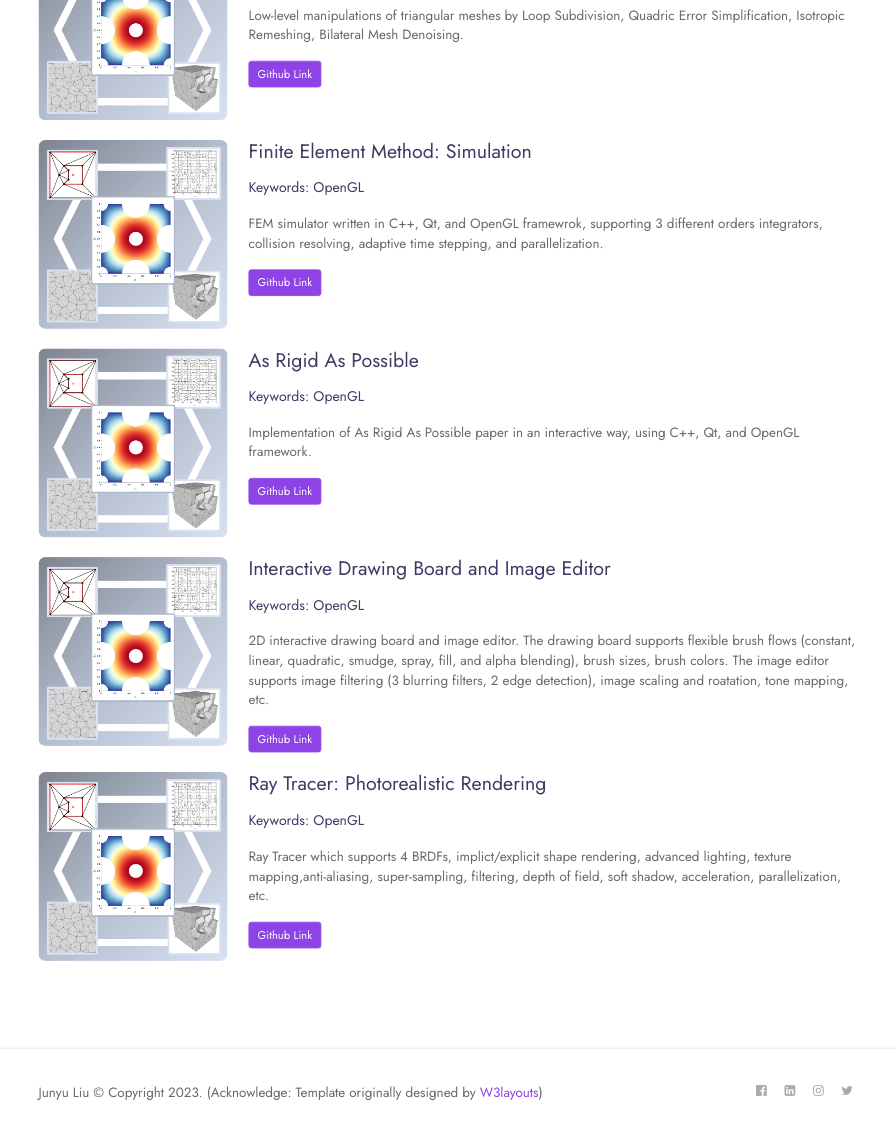
Repository: Junyu-Liu-Nate/junyu-liu-nate.github.io
Page: project.html
The author's editor kept a copy of each file at every save. The page is drawn from the files as they stood at one save, then again after the next save.
The browser window is 1280 px wide. The pictures show the part of the page from y = 1137 to 3057 px (the page is 2759 px tall before and 3057 px after), at 70% of full size.

Above is the page before, as saved 2024-04-10 19:09:54.
Console error: TypeError: Cannot read properties of null (reading 'classList')

After the next save:
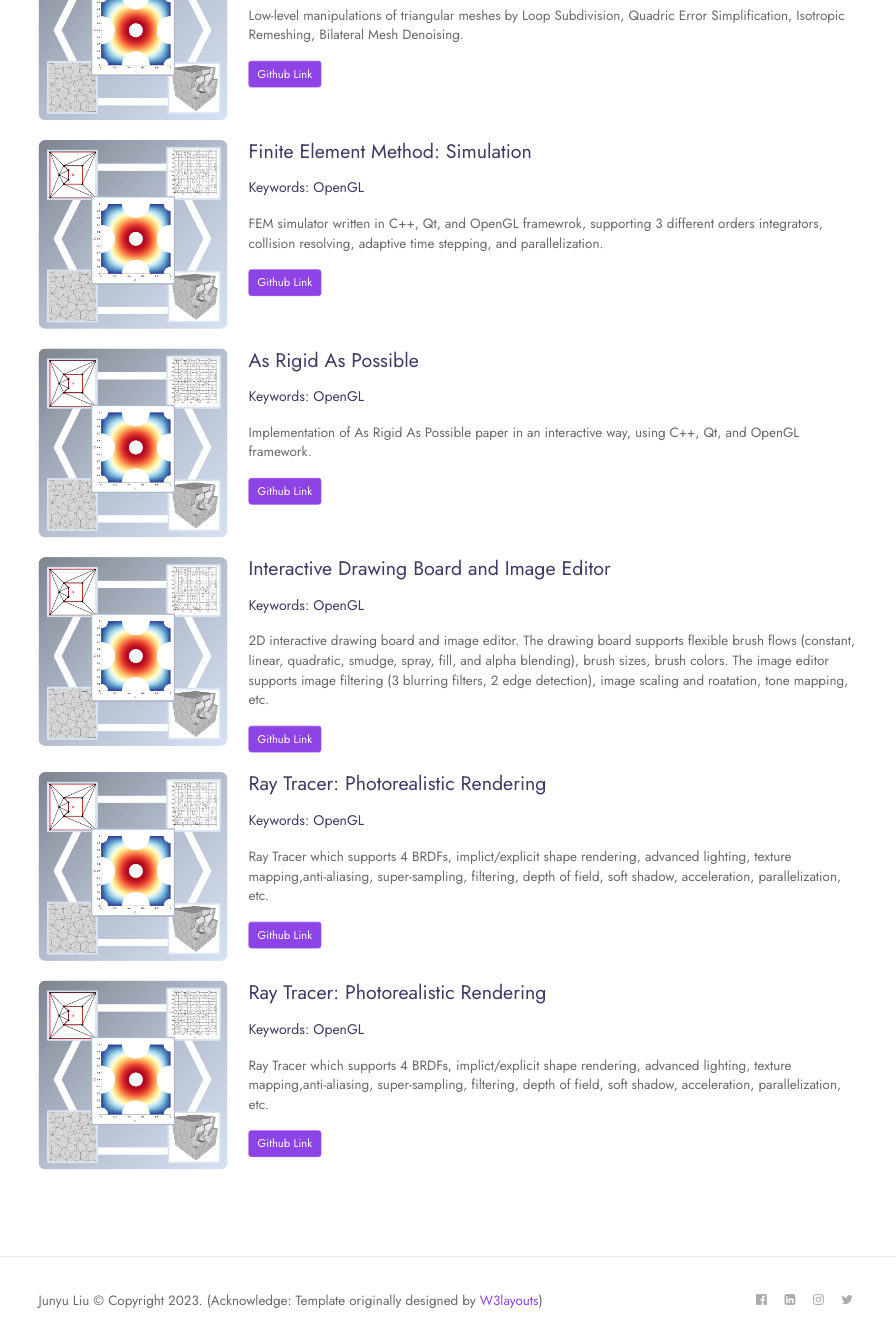
Saved 6 s later.
--- a/project.html
+++ b/project.html
@@ -237,6 +237,30 @@ Author URL: http://w3layouts.com
                   <br>
                   <div>
                     <a href="https://github.com/Junyu-Liu-Nate/Interactive-Drawing-Board-and-Image-Editor" class="btn btn-primary">Github Link</a>
+                  </div>
+              </div>
+            </div>
+
+            <p><br></p>
+
+            <div class="row">
+              <div class="col-lg-3">
+                <div class="position-relative">
+                    <img src="assets/images/project/thumnail/port-FEM-vs-VEM.png" alt="" class="radius-image img-fluid">
+                </div>
+              </div>
+              <div class="col-lg-9 mt-lg-0 mt-5">
+                  <!-- <h5 class="title-small mb-2">Hello, I am UI/UX Designer</h5> -->
+                  <h3 class="title">Ray Tracer: Photorealistic Rendering</h3>
+                  <br>
+                  <h5>Keywords: OpenGL</h5>
+                  <br>
+                  <p>
+                    Ray Tracer which supports 4 BRDFs, implict/explicit shape rendering, advanced lighting, texture mapping,anti-aliasing, super-sampling, filtering, depth of field, soft shadow, acceleration, parallelization, etc.
+                  </p>
+                  <br>
+                  <div>
+                    <a href="https://github.com/Junyu-Liu-Nate/Ray-Tracer-Photorealistic-Rendering" class="btn btn-primary">Github Link</a>
                   </div>
               </div>
             </div>
